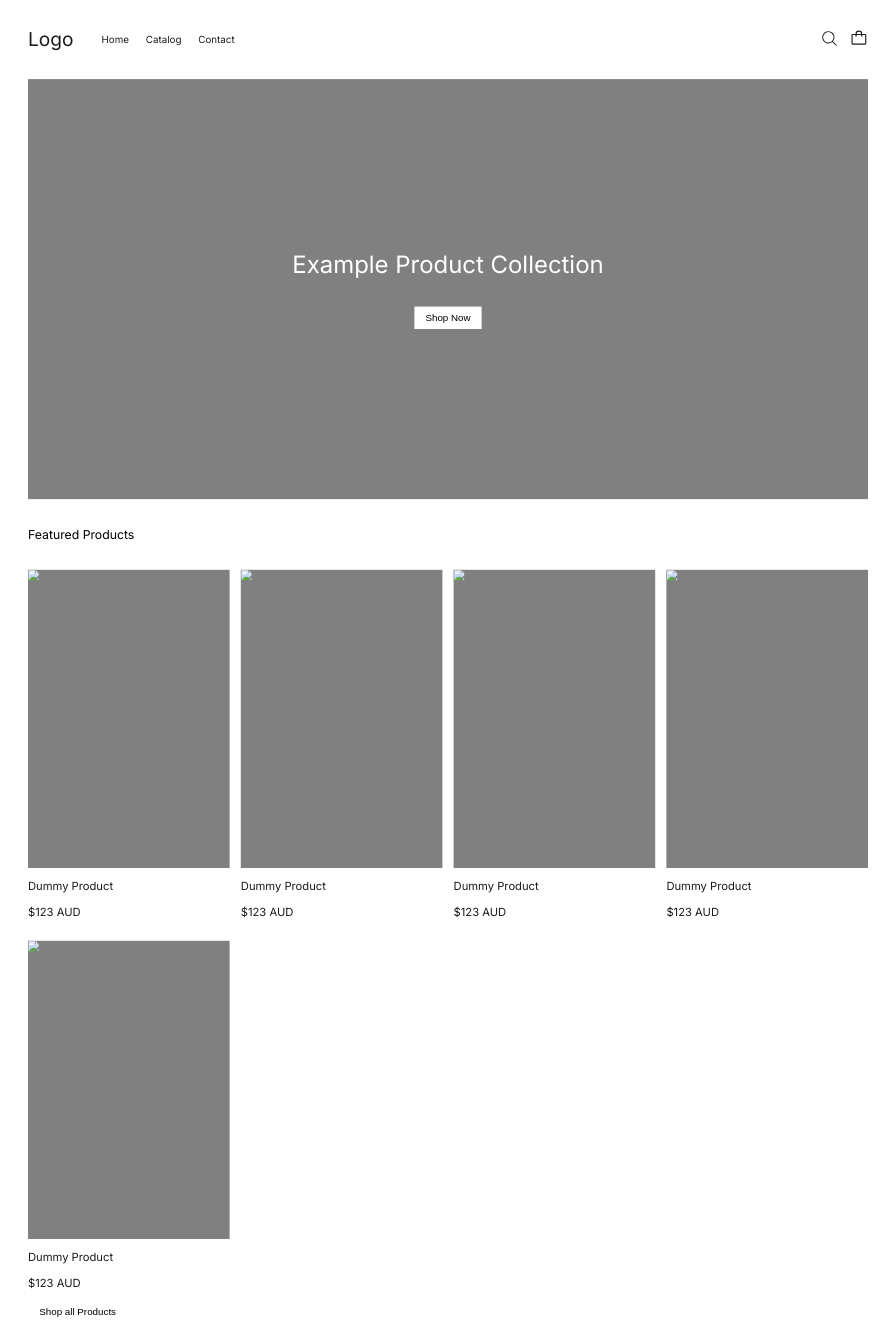
Repository: David-Waite/ecommercefrontendTemplate
Page: /
These files come from the project's save history. The page is drawn as it stood at one moment and after the next save; the edit follows.
The browser window is 1280 px wide. The pictures show the whole page, at 70% of full size.
The project was rebuilt for these pictures with package versions that can differ from the ones it lists, and the page was loaded fresh each time. The framework's server and built-in components were replaced by stand-ins that run in the browser. Also part of the build but not shown: next.config.js.

Above is the page before, as saved 2023-08-24 20:23:27.

### app/layout.js
import Nav from "./Components/Nav/Nav";
import "./globals.css";
import { Inter } from "next/font/google";

const inter = Inter({ subsets: ["latin"] });

export const metadata = {
  title: "Create Next App",
  description: "Generated by create next app",
};

export default function RootLayout({ children }) {
  return (
    <html lang="en">
      <body className={inter.className}>
        <Nav />
        {children}
      </body>
    </html>
  );
}

### app/page.js
import Image from "next/image";
import styles from "./page.module.css";
import Link from "next/link";
import PrimaryButton from "./Components/UI/PrimaryButton/PrimaryButton";
import ProductGrid from "./Components/UI/ProductsGrid/ProductGrid";
import ProductCard from "./Components/UI/ProductCard/ProductCard";

export default function Home() {
  const DUMMYFEATUREDPRODUCTS = [
    {
      id: "1",
      image: "",
      name: "Dummy Product",
      price: 123.0,
    },
    {
      id: "2",
      image: "",
      name: "Dummy Product",
      price: 123.0,
    },
    {
      id: "3",
      image: "",
      name: "Dummy Product",
      price: 123.0,
    },
    {
      id: "4",
      image: "",
      name: "Dummy Product",
      price: 123.0,
    },
    {
      id: "5",
      image: "",
      name: "Dummy Product",
      price: 123.0,
    },
  ];

  const featuredProducts = DUMMYFEATUREDPRODUCTS.map(
    ({ id, image, name, price }) => {
      return (
        <ProductCard
          key={id}
          image={image}
          name={name}
          price={price}
          id={id}
          fontSize={"var(--fontMinus1)"}
        />
      );
    }
  );
  return (
    <main className={styles.main}>
      <div className={styles.heroImage}>
        <h1>Example Product Collection</h1>
        <Link href={"#"}>
          <PrimaryButton text={"Shop Now"} />
        </Link>
      </div>

      <h2 className={styles.featuredProductHeading}>Featured Products</h2>
      <ProductGrid>{featuredProducts}</ProductGrid>

      <PrimaryButton
        text={"Shop all Products"}
        dark={true}
        fontSize={"var(--fontBase)"}
      />
    </main>
  );
}

### app/Components/Nav/Nav.js
"use client";
import Link from "next/link";
import { useState } from "react";
import {
  PiMagnifyingGlassLight,
  PiBag,
  PiListLight,
  PiXLight,
} from "react-icons/pi";
import styles from "./Nav.module.css";

export default function Nav() {
  const [navOpen, setNavOpen] = useState(false);

  function toggleMenu() {
    setNavOpen((prev) => !prev);
  }
  return (
    <nav className={styles.nav}>
      <div className={styles.menu} onClick={toggleMenu}>
        {!navOpen && <PiListLight fontSize={24} />}
        {navOpen && <PiXLight fontSize={24} />}
      </div>

      <div className={styles.moblieMenu} style={{ width: !navOpen && "0" }}>
        <Link href="/">Home</Link>
        <Link href="#">Catalog</Link>
        <Link href="#">Contact</Link>
      </div>
      <div className={styles.linksContainer}>
        <Link className={styles.logo} href="/">
          Logo
        </Link>
        <div className={styles.pagesContainer}>
          <Link href="/">Home</Link>
          <Link href="#">Catalog</Link>
          <Link href="#">Contact</Link>
        </div>
      </div>
      <div className={styles.iconsContainer}>
        <Link href="#">
          <PiMagnifyingGlassLight fontSize={26} />
        </Link>
        <Link href="#">
          <PiBag fontSize={26} />
        </Link>
      </div>
    </nav>
  );
}

### app/globals.css
:root {
  --primary: ;
  --black: #191d1b;
  --background: #ffffff;
  --white: #ffffff;
  --grey: #606060;
  --hoverGrey: #c5c5c5;
  --error: #a83c23;
  --max-width: 1500px;
  --fontBase: 17.5px;
  --fontPlus1: 21.88px;
  --fontPlus2: 27.34px;
  --fontPlus3: 34.18px;
  --fontMinus1: 14px;
  --fontMinus2: 11.2px;
  --marginMax: 40px;
  --margin1000: 32px;
  --marginMobile: 16px;
}

* {
  padding: 0;
  margin: 0;
  box-sizing: border-box;
}

### app/page.module.css
.main {
  margin: 0px auto;
  padding: 0px 40px;
  max-width: calc(var(--max-width) + 80px);
}
.heroImage {
  width: 100%;
  height: 600px;
  background-color: grey;
  display: flex;
  gap: 40px;
  flex-direction: column;
  align-items: center;
  justify-content: center;
}

.heroImage h1 {
  font-size: var(--fontPlus3);
  font-weight: 400;
  color: white;
}

.featuredProductHeading {
  margin: 40px 0;
  font-size: var(--fontBase);
  font-weight: 400;
}

@media (max-width: 1000px) {
  .main {
    padding: 0px var(--margin1000);
  }
}
@media (max-width: 768px) {
  .main {
    padding: 0px var(--marginMobile);
  }
}

### app/Components/UI/PrimaryButton/PrimaryButton.js
import Link from "next/link";
import styles from "./PrimaryButton.module.css";

export default function PrimaryButton({ text }) {
  return <button className={styles.container}>{text}</button>;
}

### app/Components/UI/ProductsGrid/ProductGrid.js
import styles from "./ProductGrid.module.css";
export default function ProductGrid({ children }) {
  return <div className={styles.main}>{children}</div>;
}

### app/Components/UI/ProductCard/ProductCard.js
import Image from "next/image";
import Link from "next/link";
import styles from "./ProductCard.module.css";

export default function ProductCard({ image, name, price, id }) {
  return (
    <Link href={`/catalog/product${id}`} className={styles.main}>
      <div className={styles.imageContainer}>
        <Image src={image} fill={true} alt={name} />
      </div>
      <div className={styles.infoContainer}>
        <p className={styles.name}>{name}</p>
        <p className={styles.price}>${price} AUD</p>
      </div>
    </Link>
  );
}

### app/Components/Nav/Nav.module.css
.nav {
  display: flex;
  align-items: center;
  justify-content: space-between;
  margin: 0px auto;
  padding: 40px;
  max-width: calc(var(--max-width) + 80px);
  position: relative;
}

.linksContainer {
  display: flex;
  align-items: center;
  justify-content: center;
  gap: 40px;
}

.pagesContainer {
  display: flex;
  gap: 24px;
}

.pagesContainer {
  font-size: var(--fontMinus1);
}

.iconsContainer {
  display: flex;
  gap: 16px;
}
.nav a {
  text-decoration: none;
  color: var(--black);
}

.logo {
  font-size: var(--fontPlus2);
}
.moblieMenu {
  position: absolute;
  flex-direction: column;
  width: 400px;
  left: 0;
  top: 113px;
  height: calc(100vh - 113px);
  transition: 0.3s;
  overflow: hidden;
}
.moblieMenu a {
  padding: 16px 32px;
}

.moblieMenu a:hover {
  background-color: var(--hoverGrey);
}
.menu,
.moblieMenu {
  display: none;
}
@media (max-width: 1000px) {
  .nav {
    padding: 40px var(--margin1000);
  }
  .pagesContainer {
    display: none;
  }
  .menu {
    display: block;
  }
  .moblieMenu {
    display: flex;
  }
  .logo {
    margin-left: 42px;
  }
}
@media (max-width: 768px) {
  .nav {
    padding: 40px var(--marginMobile);
  }
  .moblieMenu {
    width: 90vw;
  }
}

### app/Components/UI/PrimaryButton/PrimaryButton.module.css
.container {
  background-color: white;
  padding: 8px 16px;
  border: none;
  cursor: pointer;
  font-size: var(--fontMinus1);
}

.container:hover {
  background-color: var(--hoverGrey);
}

### app/Components/UI/ProductsGrid/ProductGrid.module.css
.main {
  display: grid;
  grid-template-columns: repeat(5, 1fr);

  gap: 40px;
}

@media (max-width: 1500px) {
  .main {
    grid-template-columns: repeat(4, 1fr);
    gap: 16px;
  }
}

@media (max-width: 1000px) {
  .main {
    grid-template-columns: repeat(2, 1fr);
    gap: 32px;
  }
}

@media (max-width: 778px) {
  .main {
    gap: 8px;
  }
}

### app/Components/UI/ProductCard/ProductCard.module.css
.imageContainer {
  height: calc((((1500px - 160px) / 5) * 1.5));
  position: relative;
  /* (total view width / amount of padding total (container + total gap)) / amount of col - 3 * 2) */
  background-color: grey;
}

.main {
  text-decoration: none;
}

.infoContainer {
  display: flex;
  flex-direction: column;
  gap: 16px;
  margin: 16px 0;
  color: var(--black);
}

@media (max-width: 1500px) {
  .imageContainer {
    height: calc((100vw - 64px - (var(--marginMax) * 2)) / 4 * 1.5);
    /* (total view width / amount of padding total (container + total gap)) / amount of col - 3 * 2) */
  }
}

@media (max-width: 1000px) {
  .imageContainer {
    height: calc((100vw - 32px - (var(--margin1000) * 2)) / 2 * 1.5);
    /* (total view width / amount of padding total (container + total gap)) / amount of col - 3 * 2) */
  }
}

@media (max-width: 778) {
  .imageContainer {
    height: calc((100vw - 8px - (var(--marginMobile) * 2)) / 2 * 1.5);
    /* (total view width / amount of padding total (container + total gap)) / amount of col - 3 * 2) */
  }
}

After the next save:
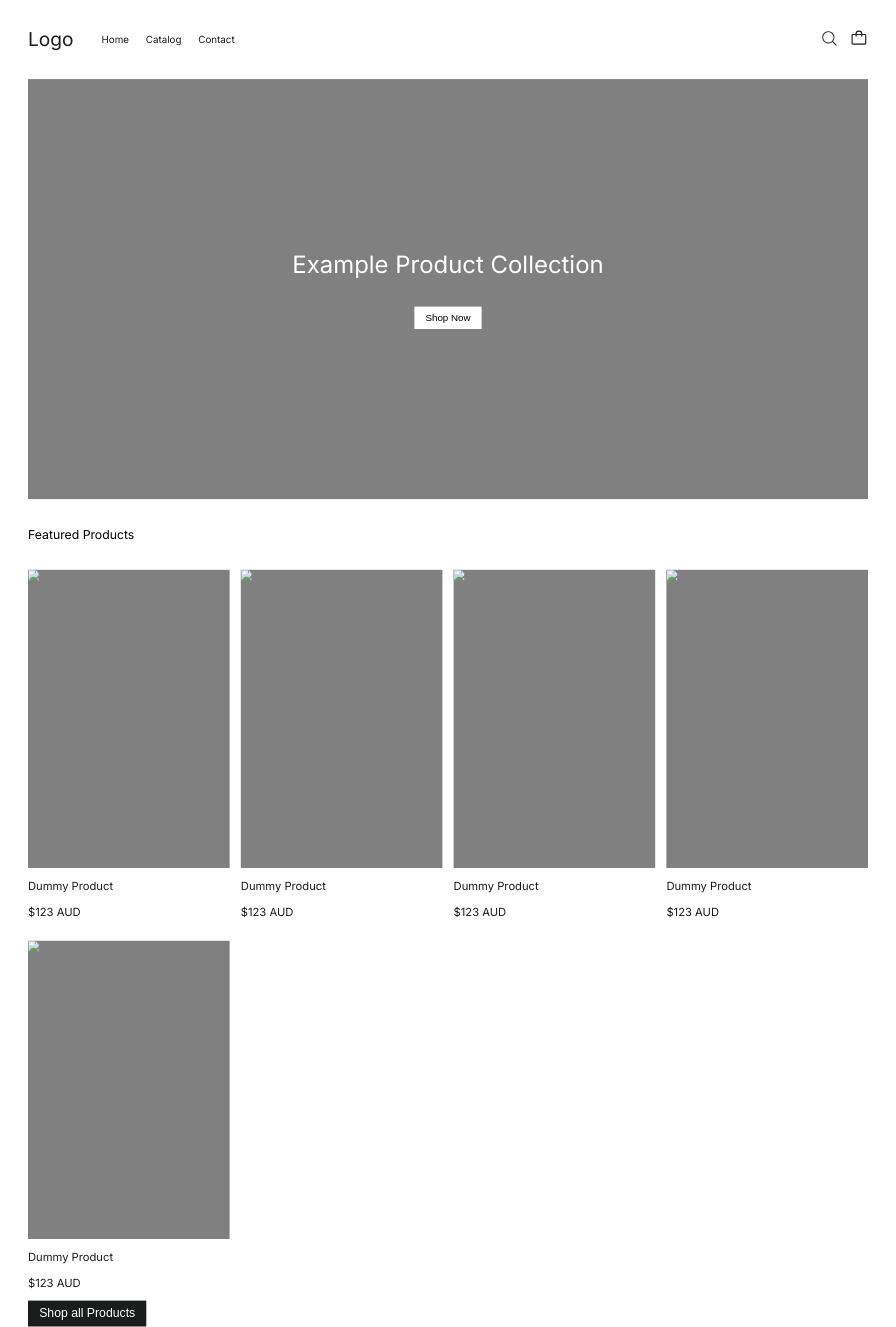
Saved 107 s later.
--- a/app/Components/UI/PrimaryButton/PrimaryButton.js
+++ b/app/Components/UI/PrimaryButton/PrimaryButton.js
@@ -1,6 +1,17 @@
 import Link from "next/link";
 import styles from "./PrimaryButton.module.css";
 
-export default function PrimaryButton({ text }) {
-  return <button className={styles.container}>{text}</button>;
+export default function PrimaryButton({ text, fontSize, dark }) {
+  return (
+    <button
+      className={styles.container}
+      style={{
+        fontSize: fontSize,
+        color: dark && "var(--white)",
+        backgroundColor: dark && "var(--black)",
+      }}
+    >
+      {text}
+    </button>
+  );
 }
